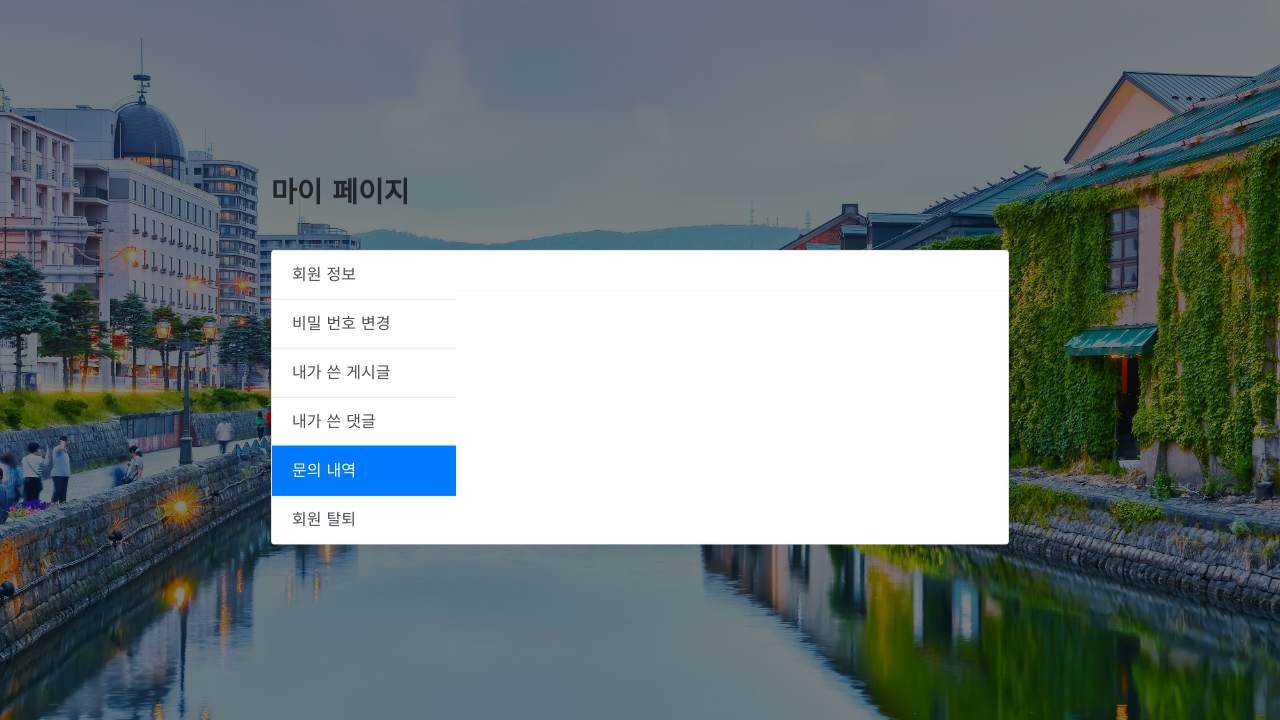
Repository: ExiNni/Travel-Project
Page: http://localhost/project_login/myPage/user-inquiry-password.jsp
The author's editor kept a copy of each file at every save. The page is drawn from the files as they stood at one save, then again after the next save.
The browser window is 1280 px wide. The pictures show the whole page.
The page is served by Tomcat 9.

Above is the page before, as saved 2023-11-08 06:57:10.

After the next save:
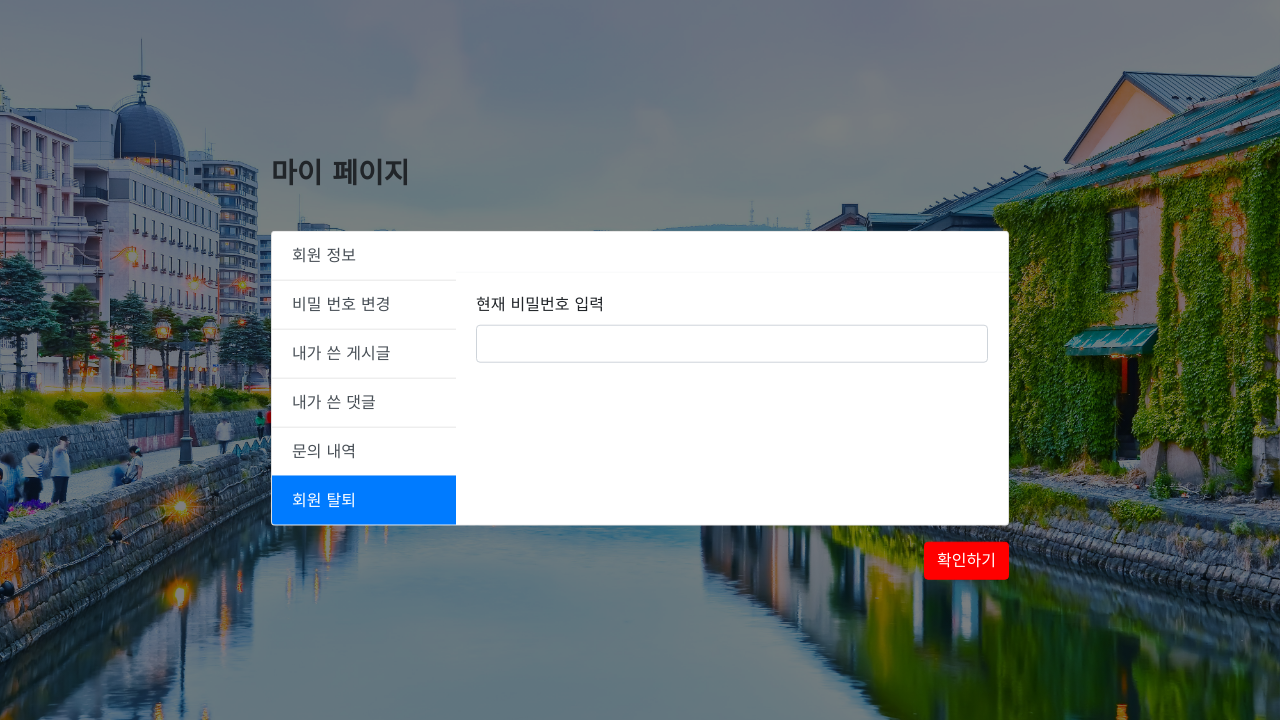
Saved 60 s later.
--- a/project_login/src/main/webapp/myPage/user-inquiry-password.jsp
+++ b/project_login/src/main/webapp/myPage/user-inquiry-password.jsp
@@ -35,8 +35,8 @@
 
                                 <a class="list-group-item list-group-item-action" data-toggle="list" href="./user-comment.html">내가 쓴
                                     댓글</a>
-                                <a class="list-group-item list-group-item-action active" data-toggle="list" href="./user-inquiry-password.html">문의 내역</a>
-                                <a class="list-group-item list-group-item-action" data-toggle="list" href="./user-delete.html">회원 탈퇴</a>
+                                <a class="list-group-item list-group-item-action" data-toggle="list" href="./user-inquiry-password.html">문의 내역</a>
+                                <a class="list-group-item list-group-item-action active" data-toggle="list" href="./user-delete.html">회원 탈퇴</a>
                             </div>
                         </div>
                         <div class="col-md-9">
@@ -46,7 +46,10 @@
                             </div>
                             <hr class="border-light m-0">
                             <div class="card-body">
-
+                                <div class="form-group">
+                                    <label class="form-label">현재 비밀번호 입력</label>
+                                    <input type="password" class="form-control mb-1" value="">
+                                </div>
 
 
                             </div>
@@ -54,6 +57,7 @@
                     </div>
                 </div>
                 <div class="text-right mt-3">
+                    <a href="./user-delete-confirm.html"><button type="button" class="btn btn-primary" id="delete">확인하기</button></a>
                 </div>
             </div>
         </div>
